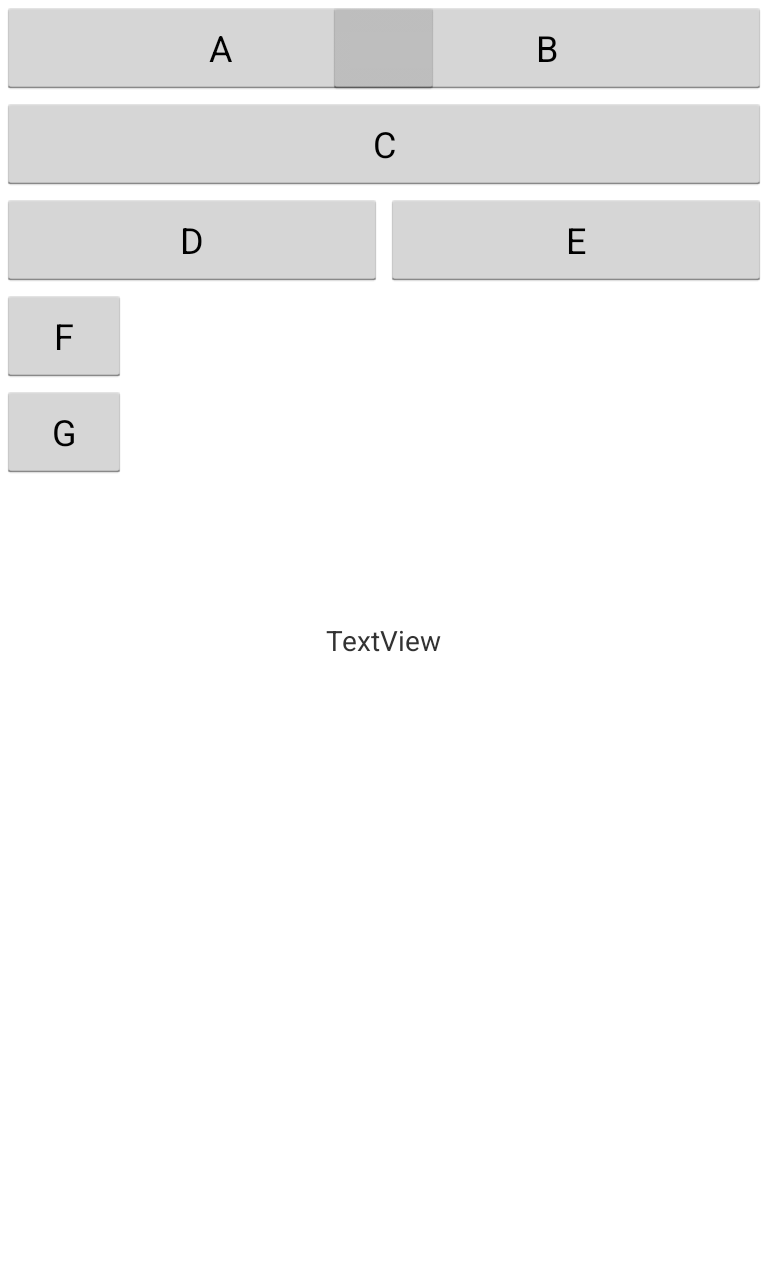
Repository: iracom/ejercicios-android
Layout: Layouts/res/layout/activity_relative.xml
The author's editor kept a copy of each file at every save. The layout is drawn from the files as they stood at one save, then again after the next save.
It is drawn on a 768 x 1280 px phone screen (xhdpi) without system bars, with theme AppTheme; the app's code is not run.

Above is the layout before, as saved 2014-05-07 07:41:24.

### Layouts/res/layout/activity_relative.xml
<RelativeLayout xmlns:android="http://schemas.android.com/apk/res/android"
    xmlns:tools="http://schemas.android.com/tools"
    android:id="@+id/container"
    android:layout_width="match_parent"
    android:layout_height="match_parent"
    tools:context="com.iraitzcompains.layouts.RelativeActivity"
    tools:ignore="MergeRootFrame" >

    <Button
        android:id="@+id/button1"
        android:layout_width="match_parent"
        android:layout_height="wrap_content"
        android:layout_alignRight="@id/textView1"
        android:text="@string/button_a" />

    <TextView
        android:id="@+id/textView1"
        android:layout_width="wrap_content"
        android:layout_height="wrap_content"
        android:layout_centerInParent="true"
        android:text="TextView" />

    <Button
        android:id="@+id/button2"
        android:layout_width="match_parent"
        android:layout_height="wrap_content"
        android:layout_alignLeft="@id/textView1"
        android:text="@string/button_b" />

    <Button
        android:id="@+id/button3"
        android:layout_width="wrap_content"
        android:layout_height="wrap_content"
        android:layout_alignParentLeft="true"
        android:layout_alignParentRight="true"
        android:layout_centerHorizontal="true"
        android:layout_below="@id/button1"
        android:text="@string/button_c" />

    <LinearLayout
        android:id="@+id/linearLayout2"
        android:layout_width="match_parent"
        android:layout_height="wrap_content"
        android:layout_alignParentLeft="true"
        android:layout_alignParentRight="true"
        android:layout_below="@+id/button3" >

        <Button
            android:id="@+id/button4"
            android:layout_width="match_parent"
            android:layout_height="wrap_content"
            android:layout_weight="1"
            android:text="@string/button_d" />

        <Button
            android:id="@+id/button5"
            android:layout_width="match_parent"
            android:layout_height="wrap_content"
            android:layout_weight="1"
            android:text="@string/button_e" />
    </LinearLayout>

    <LinearLayout
        android:layout_width="wrap_content"
        android:layout_height="wrap_content"
        android:layout_alignParentBottom="true"
        android:layout_alignParentLeft="true"
        android:layout_below="@+id/linearLayout2"
        android:orientation="vertical" >

        <Button
            android:id="@+id/button6"
            android:layout_width="match_parent"
            android:layout_height="wrap_content"
            android:text="@string/button_f" />

        <Button
            android:id="@+id/button7"
            android:layout_width="match_parent"
            android:layout_height="wrap_content"
            android:text="@string/button_g" />

    </LinearLayout>

</RelativeLayout>

### Layouts/res/values/strings.xml
<?xml version="1.0" encoding="utf-8"?>
<resources>

    <string name="app_name">Layouts</string>
    <string name="hello_world">Hello world!</string>
    <string name="action_settings">Settings</string>
    <string name="button_a">A</string>
    <string name="button_b">B</string>
    <string name="button_c">C</string>
    <string name="button_d">D</string>
    <string name="button_e">E</string>
    <string name="button_f">F</string>
    <string name="button_g">G</string>
    <string name="button_h">H</string>
    <string name="button_i">I</string>
    <string name="title_activity_relative">RelativeActivity</string>

</resources>

Loaded but not shown: Layouts/res/values/styles.xml (common file); Layouts/res/values-v11/styles.xml (common file); Layouts/res/values-v14/styles.xml (common file)

After the next save:
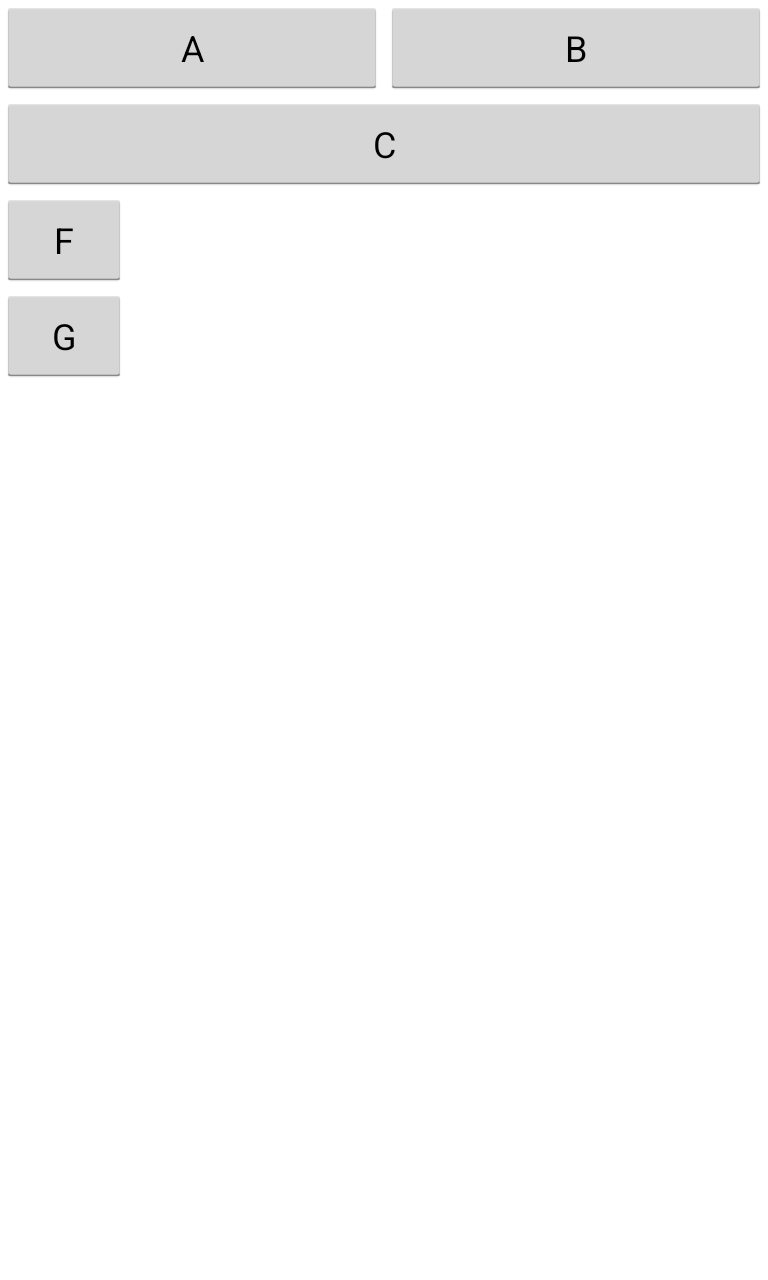
Saved 2 min 49 s later.
--- a/Layouts/res/layout/activity_relative.xml
+++ b/Layouts/res/layout/activity_relative.xml
@@ -17,8 +17,7 @@
         android:id="@+id/textView1"
         android:layout_width="wrap_content"
         android:layout_height="wrap_content"
-        android:layout_centerInParent="true"
-        android:text="TextView" />
+        android:layout_centerInParent="true" />
 
     <Button
         android:id="@+id/button2"
@@ -37,35 +36,34 @@
         android:layout_below="@id/button1"
         android:text="@string/button_c" />
 
-    <LinearLayout
-        android:id="@+id/linearLayout2"
+    <Button
+        android:id="@+id/button4"
         android:layout_width="match_parent"
         android:layout_height="wrap_content"
-        android:layout_alignParentLeft="true"
-        android:layout_alignParentRight="true"
-        android:layout_below="@+id/button3" >
+        android:layout_alignRight="@id/textView2"
+        android:layout_below="@id/button3"
+        android:text="@string/button_d" />
 
-        <Button
-            android:id="@+id/button4"
-            android:layout_width="match_parent"
-            android:layout_height="wrap_content"
-            android:layout_weight="1"
-            android:text="@string/button_d" />
+    <TextView
+        android:id="@+id/textView2"
+        android:layout_width="wrap_content"
+        android:layout_height="wrap_content"
+        android:layout_below="@id/button3"/>
 
-        <Button
-            android:id="@+id/button5"
-            android:layout_width="match_parent"
-            android:layout_height="wrap_content"
-            android:layout_weight="1"
-            android:text="@string/button_e" />
-    </LinearLayout>
+    <Button
+        android:id="@+id/button5"
+        android:layout_width="match_parent"
+        android:layout_height="wrap_content"
+        android:layout_alignRight="@id/textView2"
+        android:layout_below="@id/button3"
+        android:text="@string/button_e" />
 
     <LinearLayout
         android:layout_width="wrap_content"
         android:layout_height="wrap_content"
         android:layout_alignParentBottom="true"
         android:layout_alignParentLeft="true"
-        android:layout_below="@+id/linearLayout2"
+        android:layout_below="@+id/button3"
         android:orientation="vertical" >
 
         <Button
